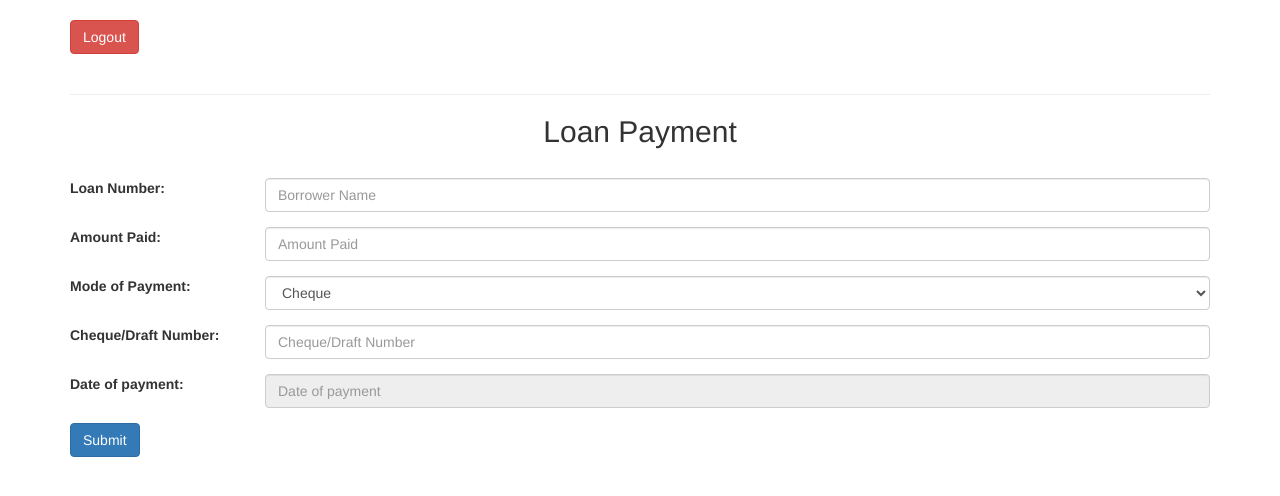
Repository: Bayvao/E-Loan-Project
Page: http://localhost/E-Loan-Project/WEB-INF/views/payment-form.jsp
The author's editor kept a copy of each file at every save. The page is drawn from the files as they stood at one save, then again after the next save.
The browser window is 1280 px wide. The pictures show the whole page.
The page is served by Tomcat 9. Nobody is signed in. Other server files are loaded and not shown. The template is opened directly, without the code that normally fills it, so the values that code supplies are empty.

Above is the page before, as saved 2020-07-21 08:07:03.

### E-Loan-Project/src/main/webapp/WEB-INF/views/payment-form.jsp
<%@ taglib prefix="form" uri="http://www.springframework.org/tags/form"%>
<%@ taglib prefix="security"
	uri="http://www.springframework.org/security/tags"%>
<%@ taglib prefix="c" uri="http://java.sun.com/jsp/jstl/core"%>

<!DOCTYPE html>
<html lang="en">
<head>
<title>Loan Payment</title>
<meta charset="utf-8">
<meta name="viewport" content="width=device-width, initial-scale=1">
<link rel="stylesheet"
	href="https://maxcdn.bootstrapcdn.com/bootstrap/3.4.1/css/bootstrap.min.css">
<script
	src="https://ajax.googleapis.com/ajax/libs/jquery/3.5.1/jquery.min.js"></script>
<script
	src="https://maxcdn.bootstrapcdn.com/bootstrap/3.4.1/js/bootstrap.min.js"></script>

<style>
.error {
	color: red;
}

h2 {
	text-align: center;
}
</style>
</head>
<body>
	<div class="container">
		<br />

		<!-- Add a logout button -->
		<form:form action="${pageContext.request.contextPath}/logout"
			method="POST">

			<input type="submit" class="btn btn-danger" value="Logout" />

		</form:form>

		<!-- display user name and role -->
		<br />
		<p>

			<security:authorize access="isAuthenticated()">
        User: <security:authentication property="principal.username" />
        Role(s): <security:authentication
					property="principal.authorities" />
			</security:authorize>
		</p>

		<hr>

		<h2>Loan Payment</h2>
		<br/>
		<form:form
			action="${pageContext.request.contextPath}/pay/payLoan"
			modelAttribute="payment">

			<div class="form-group row">
				<label class="col-sm-2 col-form-label">Loan Number: </label>
				<div class="col-sm-10">
					<form:input path="loanNumber" placeholder="Borrower Name"
						class="form-control" />
					<form:errors path="loanNumber" cssClass="error" />
				</div>
			</div>

			<div class="form-group row">
				<label class="col-sm-2 col-form-label">Amount Paid: </label>
				<div class="col-sm-10">
					<form:input path="amountPaid" placeholder="Amount Paid"
						class="form-control" />
					<form:errors path="amountPaid" cssClass="error" />
				</div>
			</div>
			<div class="form-group row">

				<label class="col-sm-2 col-form-label">Mode of Payment: </label>
				<div class="col-sm-10">
					<form:select path="modeOfPayment" class="form-control">
						<form:option value="Tax Payer">Cheque</form:option>
						<form:option value="Not Tax Payer">Draft</form:option>

					</form:select>
				</div>
			</div>

			<div class="form-group row">
				<label class="col-sm-2 col-form-label">Cheque/Draft Number: </label>
				<div class="col-sm-10">
					<form:input path="chequeOrDraftNumber" placeholder="Cheque/Draft Number"
						class="form-control" />
					<form:errors path="chequeOrDraftNumber" cssClass="error" />
				</div>
			</div>

			<div class="form-group row">
				<label class="col-sm-2 col-form-label">Date of payment: </label>
				<div class="col-sm-10">
					<form:input path="dateOfPayment" value ="${date}" placeholder="Date of payment"
						class="form-control" readonly="true" />
					<form:errors path="dateOfPayment" cssClass="error" />
				</div>
			</div>

			<div class="form-group row">
				<div class="col-sm-10">
					<button type="submit" class="btn btn-primary">Submit</button>
				</div>
			</div>
		</form:form>
	</div>
</body>
</html>

After the next save:
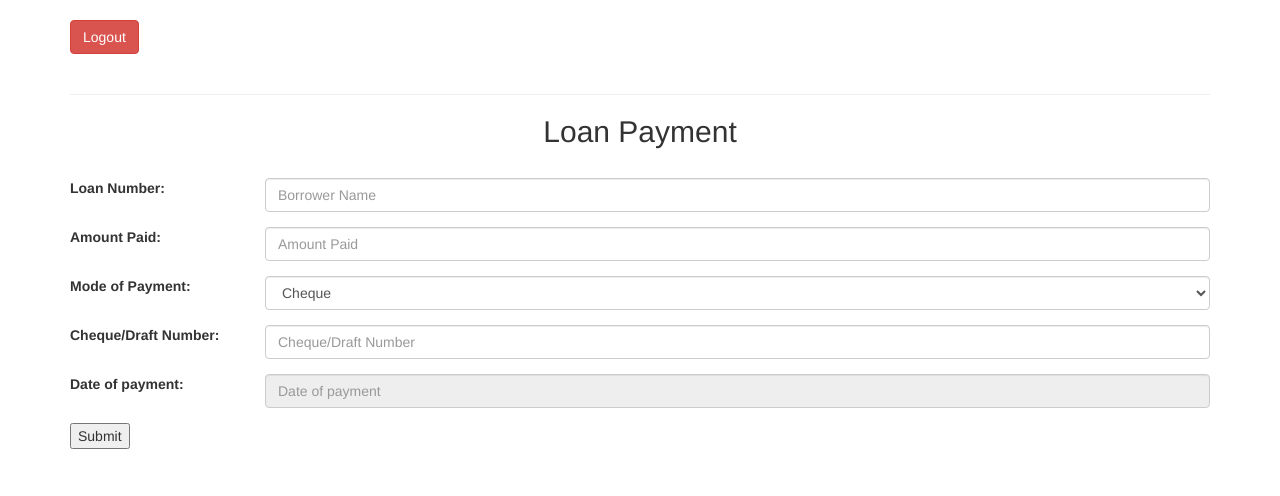
Saved 18 s later.
--- a/E-Loan-Project/src/main/webapp/WEB-INF/views/payment-form.jsp
+++ b/E-Loan-Project/src/main/webapp/WEB-INF/views/payment-form.jsp
@@ -106,7 +106,7 @@ h2 {
 
 			<div class="form-group row">
 				<div class="col-sm-10">
-					<button type="submit" class="btn btn-primary">Submit</button>
+					<button type="submit" class="class="btn btn-success"">Submit</button>
 				</div>
 			</div>
 		</form:form>
